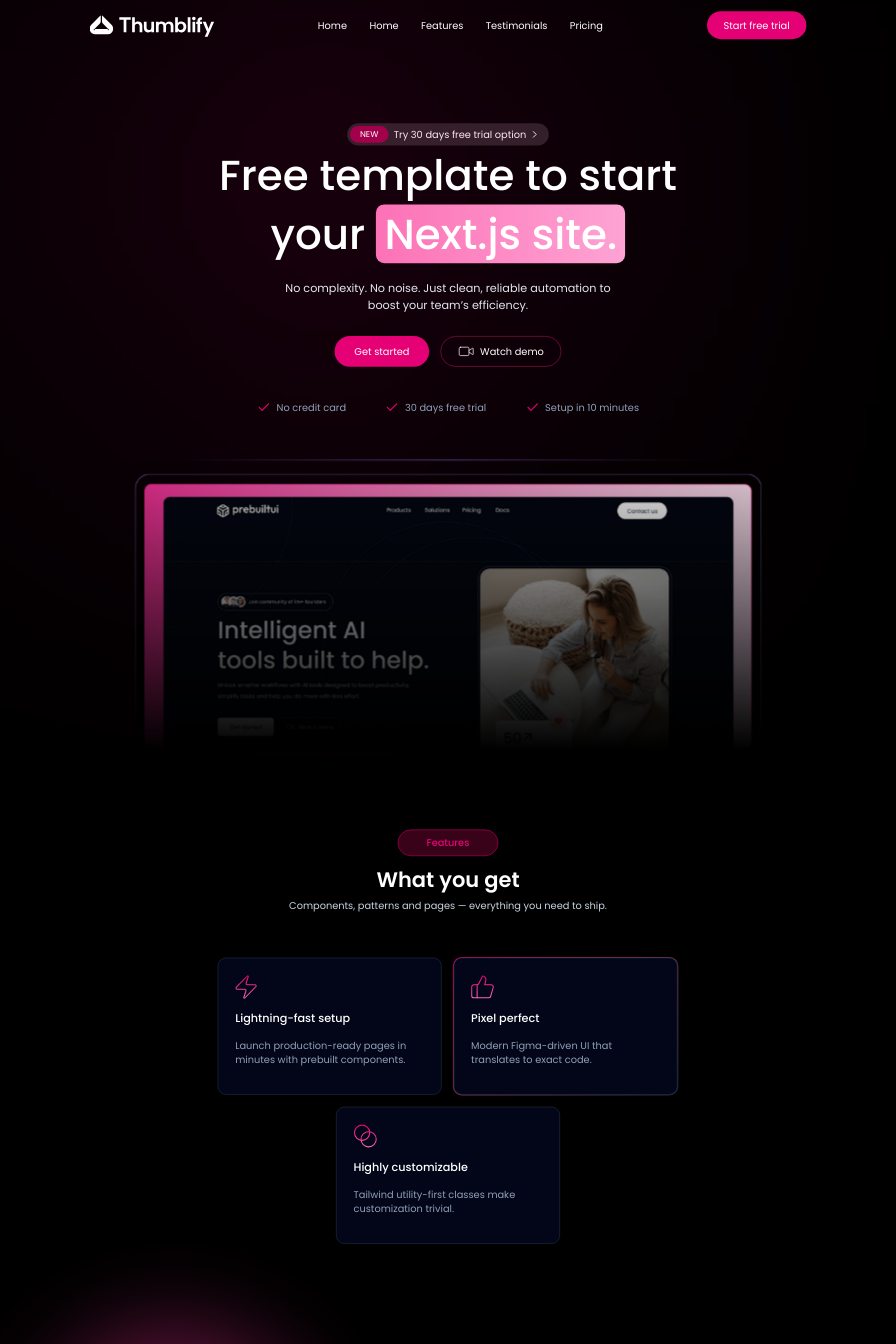
Repository: abhiraj33181/Thumblify
Page: / (app in client/)
An editor plug-in stored every save of this project. The page is shown before and after the next save, followed by the edit.
The browser window is 1280 px wide. The pictures show the part of the page from y = 0 to 1920 px (the page is 5296 px tall), at 70% of full size.
The project was rebuilt for these pictures with package versions that can differ from the ones it lists, and the page was loaded fresh each time. Also part of the build but not shown: client/vite.config.ts.

Above is the page before, as saved 2026-01-08 07:51:45.

After the next save:
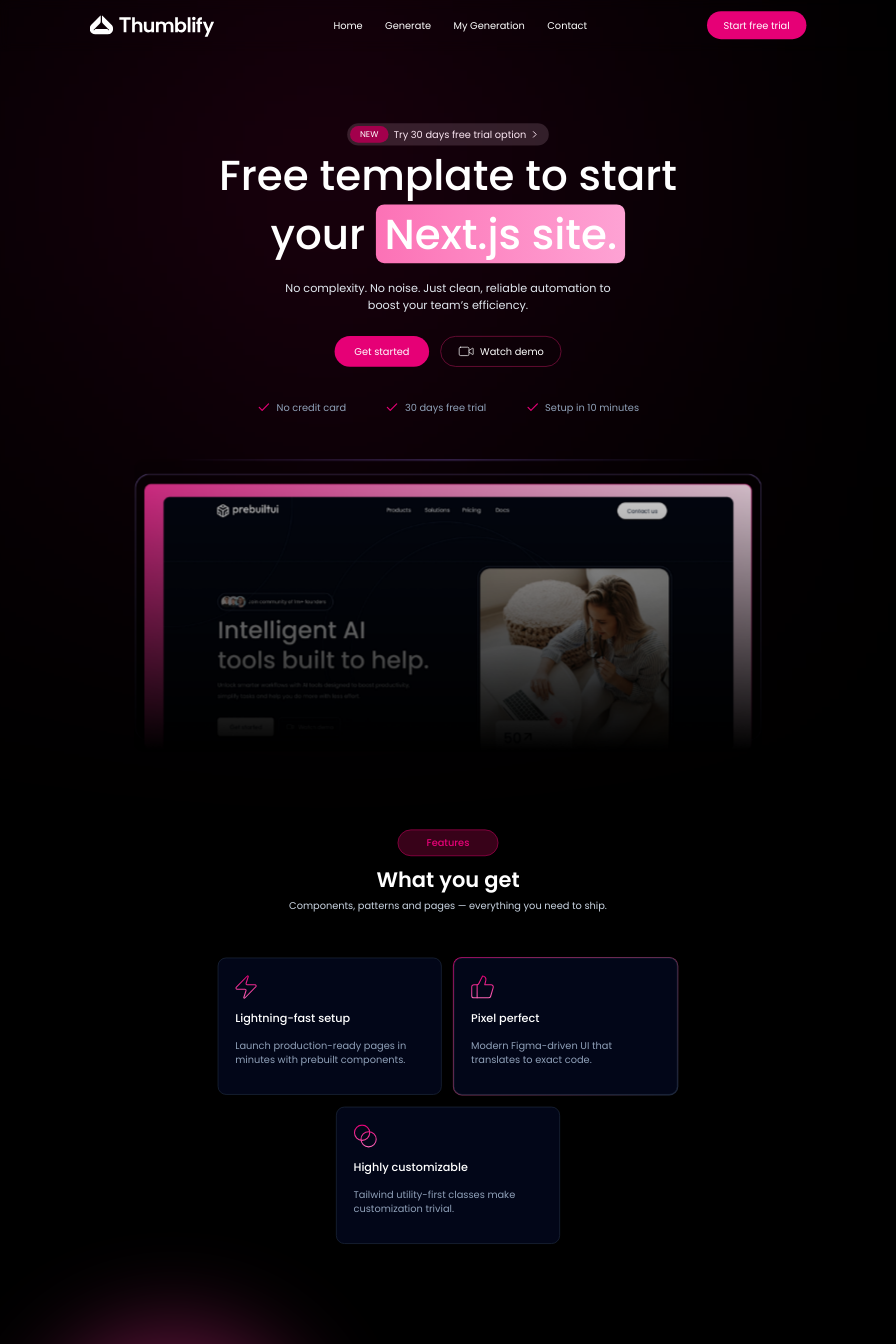
Saved 64 s later.
--- a/client/src/components/Navbar.tsx
+++ b/client/src/components/Navbar.tsx
@@ -22,11 +22,10 @@
 
                 <div className="hidden md:flex items-center gap-8 transition duration-500">
                     <Link to='/' className="hover:text-pink-300 transition">Home</Link>
-                    {navlinks.map((link: INavLink) => (
-                        <NavLink key={link.name} to={link.href} className="hover:text-pink-500 transition">
-                            {link.name}
-                        </NavLink>
-                    ))}
+                    <Link to='/generate' className="hover:text-pink-300 transition">Generate</Link>
+                    <Link to='/my-generate' className="hover:text-pink-300 transition">My Generation</Link>
+                    <Link to='#' className="hover:text-pink-300 transition">Contact</Link>
+
                 </div>
 
                 <button className="hidden md:block px-6 py-2.5 bg-pink-600 hover:bg-pink-700 active:scale-95 transition-all rounded-full">
